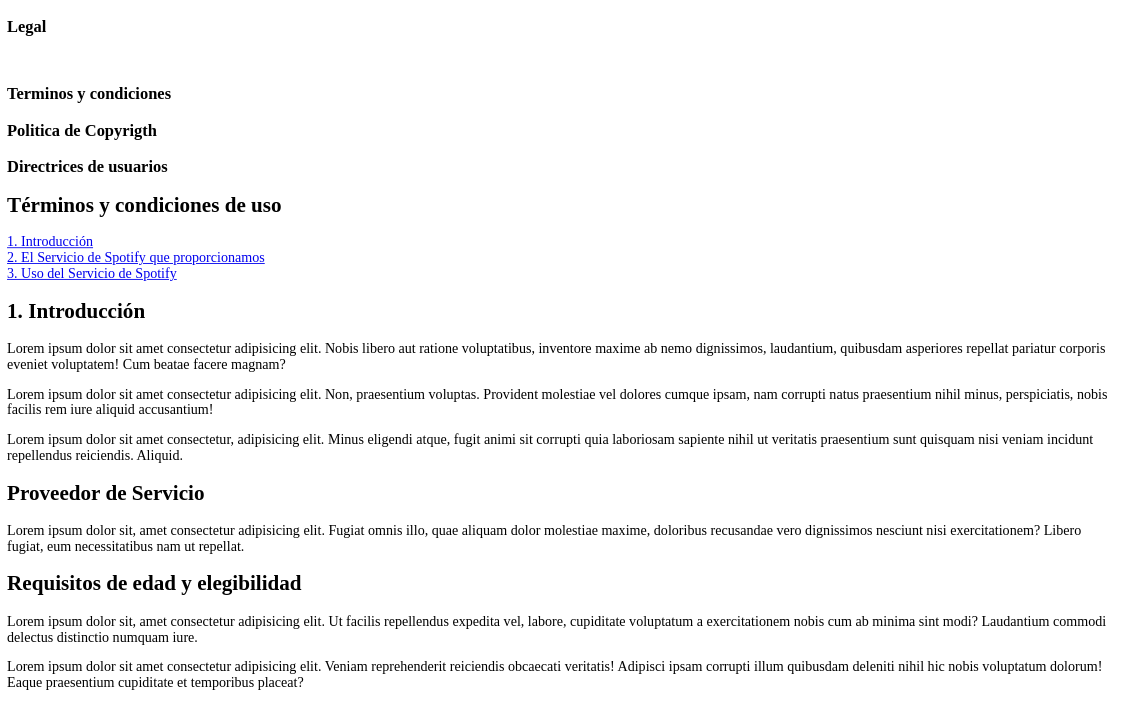
Repository: Devbenitez/Gen_30
Page: Gen_30/Maquetado/practicas/index.html
An editor plug-in stored every save of this project. The page is shown before and after the next save, followed by the edit.
The browser window is 1280 px wide. The pictures show the whole page, at 88% of full size.

Above is the page before, as saved 2023-11-07 23:08:05.

After the next save:
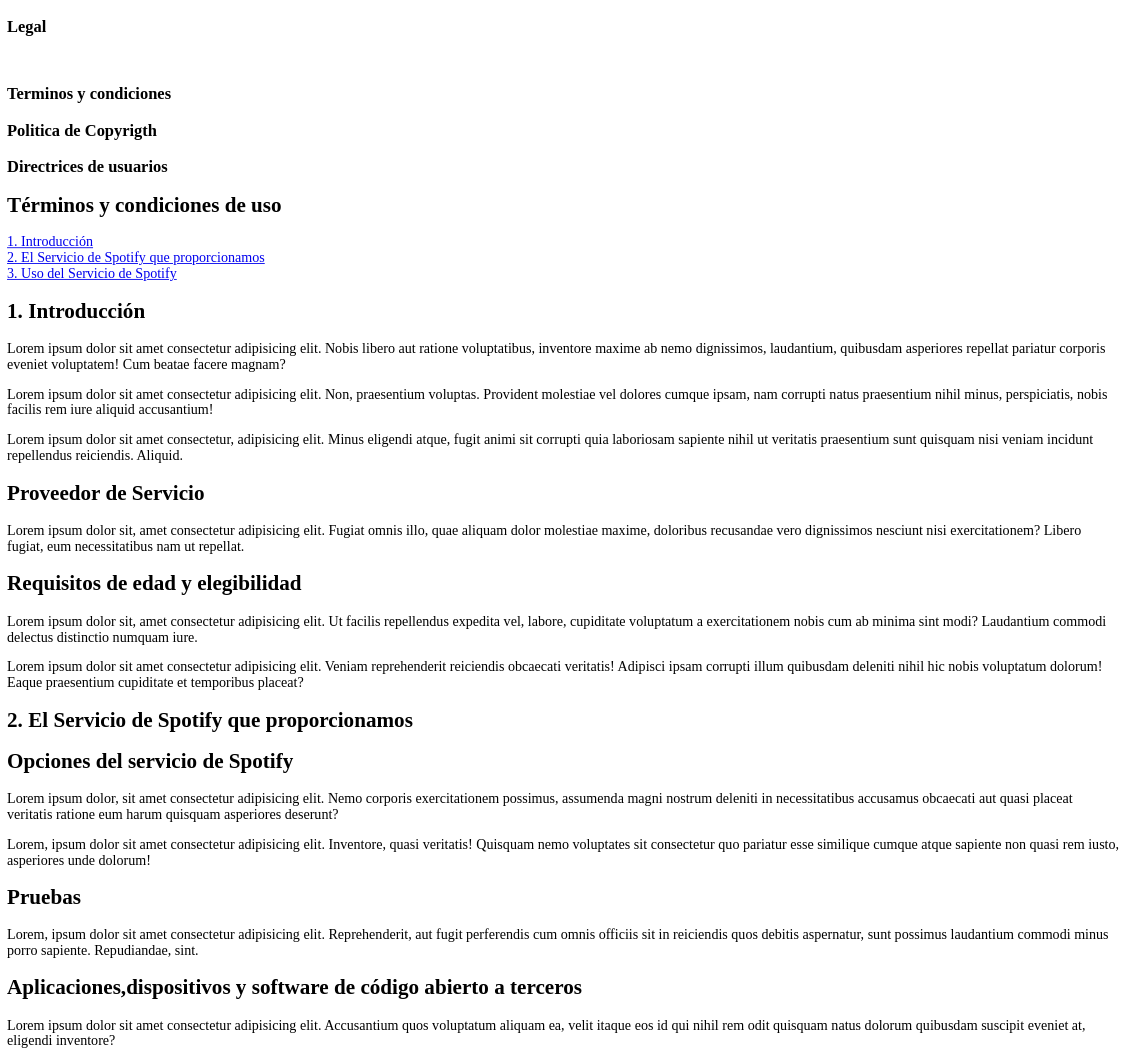
Saved 5 min 18 s later.
--- a/Gen_30/Maquetado/practicas/index.html
+++ b/Gen_30/Maquetado/practicas/index.html
@@ -44,6 +44,22 @@
         Lorem ipsum dolor sit amet consectetur adipisicing elit. Veniam reprehenderit reiciendis obcaecati veritatis! Adipisci ipsam corrupti illum quibusdam deleniti nihil hic nobis voluptatum dolorum! Eaque praesentium cupiditate et temporibus placeat?
     </p>
 
+    <h1>2. El Servicio de Spotify que proporcionamos</h1>
+    <h2>Opciones del servicio de Spotify</h2>
+    <p>
+        Lorem ipsum dolor, sit amet consectetur adipisicing elit. Nemo corporis exercitationem possimus, assumenda magni nostrum deleniti in necessitatibus accusamus obcaecati aut quasi placeat veritatis ratione eum harum quisquam asperiores deserunt?
+    </p>
+    <p>
+        Lorem, ipsum dolor sit amet consectetur adipisicing elit. Inventore, quasi veritatis! Quisquam nemo voluptates sit consectetur quo pariatur esse similique cumque atque sapiente non quasi rem iusto, asperiores unde dolorum!
+    </p>
+    <h2>Pruebas</h2>
+    <p>
+        Lorem, ipsum dolor sit amet consectetur adipisicing elit. Reprehenderit, aut fugit perferendis cum omnis officiis sit in reiciendis quos debitis aspernatur, sunt possimus laudantium commodi minus porro sapiente. Repudiandae, sint.
+    </p>
+    <h2>Aplicaciones,dispositivos y software de código abierto a terceros</h2>
+    <p>
+        Lorem ipsum dolor sit amet consectetur adipisicing elit. Accusantium quos voluptatum aliquam ea, velit itaque eos id qui nihil rem odit quisquam natus dolorum quibusdam suscipit eveniet at, eligendi inventore?
+    </p>
 </section>
 
 
